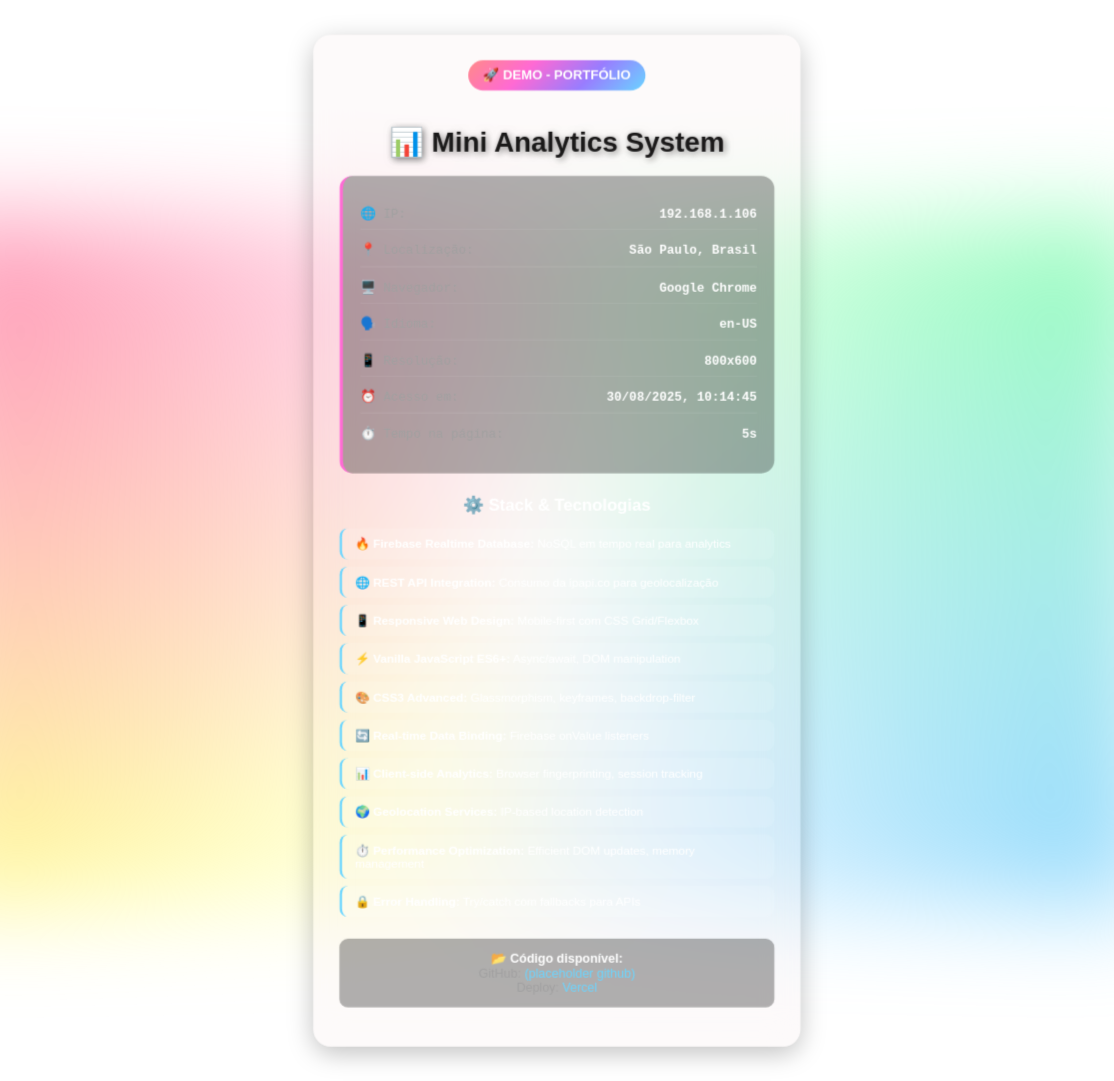
Repository: nardogod/mini-analytics
Page: mini.html
These files come from the project's save history. The page is drawn as it stood at one moment and after the next save; the edit follows.
The browser window is 1280 px wide. The pictures show the whole page, at 87% of full size.

Above is the page before, as saved 2025-08-30 10:44:10.

### mini.html
<!DOCTYPE html>
<html lang="pt-BR">
  <head>
    <meta charset="UTF-8" />
    <meta name="viewport" content="width=device-width, initial-scale=1.0" />
    <title>Demo Analytics - Portfólio</title>
    <style>
      body {
        margin: 0;
        font-family: "Poppins", sans-serif;
        display: flex;
        justify-content: center;
        align-items: center;
        min-height: 100vh;
        overflow-x: hidden;
        color: #fff;
        text-align: center;
        padding: 20px 0;
      }

      /* Fundo vibrante com bolhas coloridas */
      .background {
        position: fixed;
        width: 100%;
        height: 100%;
        background: radial-gradient(
            circle at top left,
            rgba(255, 100, 150, 0.7),
            transparent 50%
          ),
          radial-gradient(
            circle at bottom right,
            rgba(100, 200, 255, 0.7),
            transparent 50%
          ),
          radial-gradient(
            circle at top right,
            rgba(100, 255, 150, 0.7),
            transparent 50%
          ),
          radial-gradient(
            circle at bottom left,
            rgba(255, 255, 100, 0.7),
            transparent 50%
          );
        filter: blur(50px);
        animation: moveBubbles 10s infinite alternate ease-in-out;
        z-index: -1;
      }

      @keyframes moveBubbles {
        0% {
          transform: translate(0, 0) scale(1);
        }
        50% {
          transform: translate(-25px, 25px) scale(1.1);
        }
        100% {
          transform: translate(25px, -25px) scale(1);
        }
      }

      .container {
        background: rgba(240, 222, 222, 0.15);
        border-radius: 20px;
        padding: 30px;
        width: 90%;
        max-width: 500px;
        box-shadow: 0 8px 30px rgba(0, 0, 0, 0.25);
        backdrop-filter: blur(20px);
        margin: 20px;
      }

      h1 {
        font-size: 2rem;
        margin-bottom: 20px;
        color: #1a1919;
        text-shadow: 2px 2px 8px rgba(0, 0, 0, 0.5);
      }

      .demo-badge {
        display: inline-block;
        background: linear-gradient(135deg, #ff8a8a, #ff6ad5, #9a7dff, #6ad5ff);
        padding: 8px 16px;
        border-radius: 25px;
        font-size: 0.9rem;
        font-weight: bold;
        margin-bottom: 20px;
        animation: pulse 2s infinite;
      }

      @keyframes pulse {
        0%,
        100% {
          transform: scale(1);
        }
        50% {
          transform: scale(1.05);
        }
      }

      .analytics-display {
        background: rgba(0, 0, 0, 0.3);
        border-radius: 15px;
        padding: 20px;
        margin: 20px 0;
        text-align: left;
        font-family: "Courier New", monospace;
        font-size: 0.9rem;
        line-height: 1.6;
        border-left: 4px solid #ff6ad5;
      }

      .metric {
        display: flex;
        justify-content: space-between;
        margin: 8px 0;
        padding: 5px 0;
        border-bottom: 1px solid rgba(255, 255, 255, 0.1);
      }

      .metric:last-child {
        border-bottom: none;
      }

      .label {
        color: #a0a0a0;
        font-weight: 500;
      }

      .value {
        color: #fff;
        font-weight: bold;
      }

      .tecnicas {
        margin-top: 25px;
        font-size: 0.85rem;
        text-align: left;
      }

      .tecnicas h2 {
        font-size: 1.2rem;
        margin-bottom: 15px;
        text-align: center;
        color: #fff;
      }

      .tecnicas ul {
        list-style: none;
        padding: 0;
      }

      .tecnicas li {
        background: rgba(255, 255, 255, 0.1);
        margin: 8px 0;
        padding: 10px 15px;
        border-radius: 10px;
        border-left: 3px solid #6ad5ff;
      }

      .live-indicator {
        display: inline-block;
        width: 8px;
        height: 8px;
        background: #4ade80;
        border-radius: 50%;
        animation: blink 1.5s infinite;
        margin-right: 8px;
      }

      @keyframes blink {
        0%,
        50% {
          opacity: 1;
        }
        51%,
        100% {
          opacity: 0.3;
        }
      }

      .visitors-count {
        background: linear-gradient(135deg, #4ade80, #22d3ee);
        padding: 10px 20px;
        border-radius: 25px;
        margin: 15px 0;
        font-weight: bold;
        display: inline-block;
      }
    </style>
  </head>
  <body>
    <div class="background"></div>
    <div class="container">
      <div class="demo-badge">🚀 DEMO - PORTFÓLIO</div>
      <h1>📊 Mini Analytics System</h1>

      <div class="analytics-display" id="analytics">
        <div class="metric">
          <span class="label">🌐 IP:</span>
          <span class="value" id="ip">Detectando...</span>
        </div>
        <div class="metric">
          <span class="label">📍 Localização:</span>
          <span class="value" id="location">Carregando...</span>
        </div>
        <div class="metric">
          <span class="label">🖥️ Navegador:</span>
          <span class="value" id="browser">Analisando...</span>
        </div>
        <div class="metric">
          <span class="label">🗣️ Idioma:</span>
          <span class="value" id="language">--</span>
        </div>
        <div class="metric">
          <span class="label">📱 Resolução:</span>
          <span class="value" id="screen">--</span>
        </div>
        <div class="metric">
          <span class="label">⏰ Acesso em:</span>
          <span class="value" id="timestamp">--</span>
        </div>
        <div class="metric">
          <span class="label">⏱️ Tempo na página:</span>
          <span class="value" id="sessionTime">0s</span>
        </div>
      </div>

      <div class="tecnicas">
        <h2>⚙️ Stack & Tecnologias</h2>
        <ul>
          <li>
            🔥 <strong>Firebase Realtime Database:</strong> NoSQL em tempo real
            para analytics
          </li>
          <li>
            🌐 <strong>REST API Integration:</strong> Consumo da ipapi.co para
            geolocalização
          </li>
          <li>
            📱 <strong>Responsive Web Design:</strong> Mobile-first com CSS
            Grid/Flexbox
          </li>
          <li>
            ⚡ <strong>Vanilla JavaScript ES6+:</strong> Async/await, DOM
            manipulation
          </li>
          <li>
            🎨 <strong>CSS3 Advanced:</strong> Glassmorphism, keyframes,
            backdrop-filter
          </li>
          <li>
            🔄 <strong>Real-time Data Binding:</strong> Firebase onValue
            listeners
          </li>
          <li>
            📊 <strong>Client-side Analytics:</strong> Browser fingerprinting,
            session tracking
          </li>
          <li>
            🌍 <strong>Geolocation Services:</strong> IP-based location
            detection
          </li>
          <li>
            ⏱️ <strong>Performance Optimization:</strong> Efficient DOM updates,
            memory management
          </li>
          <li>
            🔒 <strong>Error Handling:</strong> Try/catch com fallbacks para
            APIs
          </li>
        </ul>

        <div style="margin-top: 25px; text-align: center; font-size: 0.9rem">
          <div
            style="
              background: rgba(0, 0, 0, 0.3);
              padding: 15px;
              border-radius: 10px;
              margin: 15px 0;
            "
          >
            <strong>📂 Código disponível:</strong><br />
            <span style="color: #a0a0a0">GitHub: </span
            ><span style="color: #6ad5ff">(placeholder github)</span><br />
            <span style="color: #a0a0a0">Deploy: </span
            ><span style="color: #6ad5ff">Vercel</span>
          </div>
        </div>
      </div>
    </div>

    <script>
      // Simulação das funcionalidades para demonstração no portfólio
      let sessionTime = 0;
      let visitorsCount = Math.floor(Math.random() * 50) + 100; // Simula contagem

      // Função para detectar informações do cliente
      function coletarDados() {
        // Dados básicos do navegador (funcionam em qualquer ambiente)
        const navegador = getBrowserInfo();
        const idioma = navigator.language || "pt-BR";
        const tela = `${window.screen.width}x${window.screen.height}`;
        const acessoEm = new Date().toLocaleString("pt-BR");

        // Atualiza dados básicos imediatamente
        document.getElementById("browser").textContent = navegador;
        document.getElementById("language").textContent = idioma;
        document.getElementById("screen").textContent = tela;
        document.getElementById("timestamp").textContent = acessoEm;

        // Simula carregamento de IP e localização
        setTimeout(() => {
          document.getElementById("ip").textContent =
            "192.168.1." + Math.floor(Math.random() * 255);
          document.getElementById("location").textContent = "São Paulo, Brasil";
        }, 1500);

        // Simula Firebase - contador de visitantes (removido para mostrar apenas dados reais)
        // Em produção: Firebase Realtime Database com runTransaction para contadores globais

        // Timer de sessão
        setInterval(() => {
          sessionTime++;
          const minutes = Math.floor(sessionTime / 60);
          const seconds = sessionTime % 60;
          const timeDisplay =
            minutes > 0 ? `${minutes}m ${seconds}s` : `${seconds}s`;
          document.getElementById("sessionTime").textContent = timeDisplay;
        }, 1000);
      }

      // Função para identificar o navegador
      function getBrowserInfo() {
        const ua = navigator.userAgent;
        let browser = "Desconhecido";

        if (ua.includes("Chrome") && !ua.includes("Edge")) {
          browser = "Google Chrome";
        } else if (ua.includes("Firefox")) {
          browser = "Mozilla Firefox";
        } else if (ua.includes("Safari") && !ua.includes("Chrome")) {
          browser = "Safari";
        } else if (ua.includes("Edge")) {
          browser = "Microsoft Edge";
        } else if (ua.includes("Opera")) {
          browser = "Opera";
        }

        return browser;
      }

      // Simula requisição para API de geolocalização
      async function tentarGeolocalizacao() {
        try {
          // Em um ambiente real, faria: const res = await fetch("https://ipapi.co/json/");
          // Aqui simulamos o comportamento para o portfólio
          await new Promise((resolve) => setTimeout(resolve, 1000));
          return {
            ip: "187.45.123." + Math.floor(Math.random() * 255),
            city: "São Paulo",
            country_name: "Brasil",
          };
        } catch (e) {
          console.log("Simulação: Erro ao buscar localização", e);
          return {
            ip: "N/A",
            city: "N/A",
            country_name: "N/A",
          };
        }
      }

      // Inicializa a aplicação
      coletarDados();

      // Adiciona efeito de hover nos itens das técnicas
      document.addEventListener("DOMContentLoaded", () => {
        const tecnicasItems = document.querySelectorAll(".tecnicas li");
        tecnicasItems.forEach((item) => {
          item.addEventListener("mouseenter", () => {
            item.style.background = "rgba(255, 255, 255, 0.2)";
            item.style.transform = "translateX(5px)";
            item.style.transition = "all 0.3s ease";
          });

          item.addEventListener("mouseleave", () => {
            item.style.background = "rgba(255, 255, 255, 0.1)";
            item.style.transform = "translateX(0px)";
          });
        });
      });
    </script>
  </body>
</html>

After the next save:
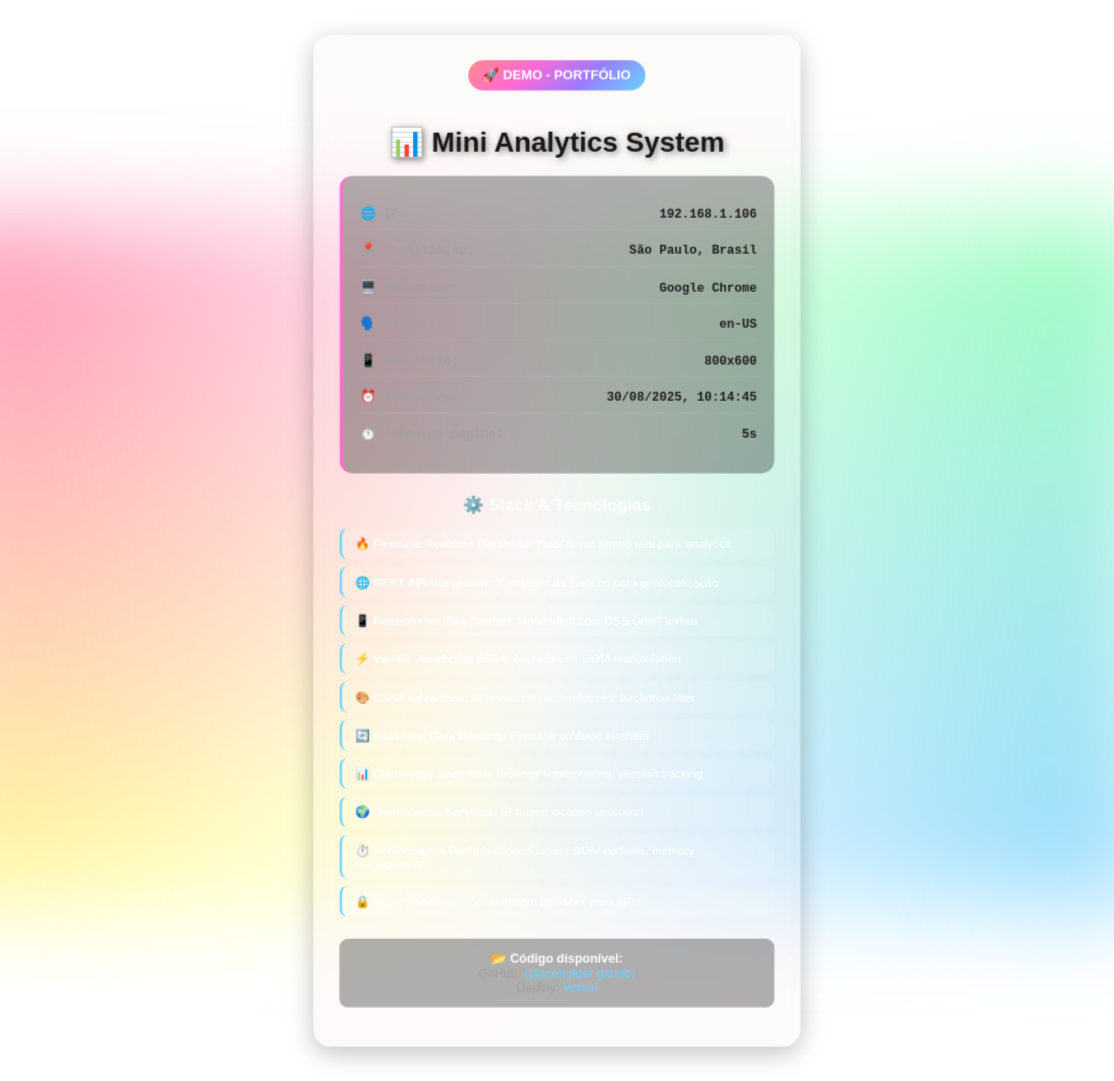
Saved 36 s later.
--- a/mini.html
+++ b/mini.html
@@ -129,7 +129,7 @@
       }
 
       .value {
-        color: #fff;
+        color: #1f1d1d;
         font-weight: bold;
       }
 
